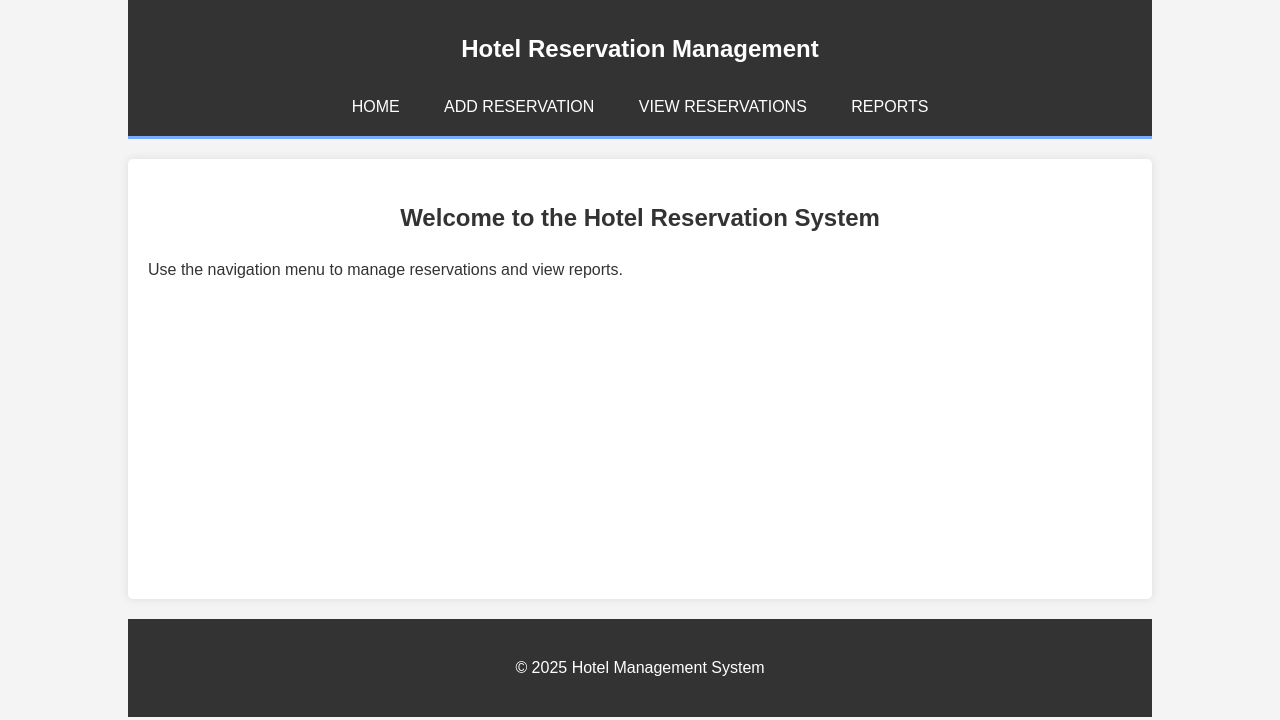
Repository: Swanjith/Hotel_Managment_System-JAVA
Page: http://localhost/HotelWebApp/
An editor plug-in stored every save of this project. The page is shown before and after the next save, followed by the edit.
The browser window is 1280 px wide. The pictures show the whole page.
The page is served by Tomcat 9. Other server files are loaded and not shown.

Above is the page before, as saved 2025-05-27 06:20:26.

### HotelWebApp/WebContent/index.jsp
<%@ page language="java" contentType="text/html; charset=UTF-8" pageEncoding="UTF-8"%>
<%@ taglib uri="http://java.sun.com/jsp/jstl/core" prefix="c" %>
<!DOCTYPE html>
<html>
<head>
    <meta charset="UTF-8">
    <title>Hotel Reservation System</title>
    <link rel="stylesheet" type="text/css" href="css/style.css">
</head>
<body>
    <div class="container">
        <header>
            <h1>Hotel Reservation Management</h1>
            <nav>
                <ul>
                    <li><a href="index.jsp">Home</a></li>
                    <li><a href="addReservation">Add Reservation</a></li>
                    <li><a href="displayReservations">View Reservations</a></li>
                    <li><a href="reports">Reports</a></li>
                </ul>
            </nav>
        </header>

        <main>
            <h2>Welcome to the Hotel Reservation System</h2>
            <p>Use the navigation menu to manage reservations and view reports.</p>

            <c:if test="${not empty successMessage}">
                <p class="message success-message"><c:out value="${successMessage}"/></p>
            </c:if>
            <c:if test="${not empty errorMessage}">
                <p class="message error-message"><c:out value="${errorMessage}"/></p>
            </c:if>

        </main>

        <footer>
            <p>&copy; 2025 Hotel Management System</p>
        </footer>
    </div>
</body>
</html>

### HotelWebApp/WebContent/css/style.css
/* General Body Styles */
body {
    font-family: 'Arial', sans-serif;
    line-height: 1.6;
    margin: 0;
    padding: 0;
    background-color: #f4f4f4;
    color: #333;
}

.container {
    width: 80%;
    margin: auto;
    overflow: hidden;
    padding: 0 20px;
}

/* Header Styles */
header {
    background: #333;
    color: #fff;
    padding-top: 30px;
    min-height: 70px;
    border-bottom: #77aaff 3px solid;
}

header h1 {
    text-align: center;
    margin: 0;
    font-size: 24px;
    padding-bottom: 10px;
}

header nav {
    text-align: center;
}

header nav ul {
    padding: 0;
    list-style: none;
}

header nav ul li {
    display: inline;
    padding: 0 20px;
}

header nav a {
    color: #fff;
    text-decoration: none;
    text-transform: uppercase;
    font-size: 16px;
}

header nav a:hover {
    color: #77aaff;
    font-weight: bold;
}

/* Main Content Styles */
main {
    padding: 20px 0;
    background: #fff;
    min-height: 400px; /* Ensures footer doesn't overlap on short pages */
    border-radius: 5px;
    margin-top: 20px;
    box-shadow: 0 0 10px rgba(0,0,0,0.1);
    padding: 20px;
}

main h2 {
    color: #333;
    text-align: center;
    margin-bottom: 20px;
}

/* Footer Styles */
footer {
    text-align: center;
    padding: 20px;
    margin-top: 20px;
    color: #fff;
    background-color: #333;
}

/* Form Styles */
.styled-form div {
    margin-bottom: 15px;
}

.styled-form label {
    display: block;
    margin-bottom: 5px;
    font-weight: bold;
}

.styled-form input[type="text"],
.styled-form input[type="date"],
.styled-form input[type="number"],
.styled-form input[type="password"],
.styled-form input[type="email"],
.styled-form select,
.styled-form textarea {
    width: calc(100% - 22px); /* Account for padding and border */
    padding: 10px;
    border: 1px solid #ddd;
    border-radius: 4px;
    box-sizing: border-box; /* Important for width calculation */
}

.styled-form button[type="submit"],
.styled-form button[type="reset"],
.button-link {
    background: #5cb85c;
    color: white;
    border: 0;
    padding: 10px 15px;
    text-decoration: none;
    border-radius: 4px;
    cursor: pointer;
    font-size: 16px;
    margin-right: 10px;
}

.styled-form button[type="reset"] {
    background: #f0ad4e;
}

.button-link {
     display: inline-block; /* To allow padding and margin */
}

.button-link.edit-link {
    background: #5bc0de;
}

.button-link.delete-link, .button-danger {
    background: #d9534f;
    color: white; /* Ensure text is visible */
}

.styled-form button:hover,
.button-link:hover {
    opacity: 0.9;
}

/* Table Styles */
.styled-table {
    width: 100%;
    border-collapse: collapse;
    margin: 25px 0;
    font-size: 0.9em;
    min-width: 400px;
    border-radius: 5px 5px 0 0;
    overflow: hidden;
    box-shadow: 0 0 20px rgba(0, 0, 0, 0.15);
}

.styled-table thead tr {
    background-color: #333;
    color: #ffffff;
    text-align: left;
    font-weight: bold;
}

.styled-table th,
.styled-table td {
    padding: 12px 15px;
}

.styled-table tbody tr {
    border-bottom: 1px solid #dddddd;
}

.styled-table tbody tr:nth-of-type(even) {
    background-color: #f3f3f3;
}

.styled-table tbody tr:last-of-type {
    border-bottom: 2px solid #77aaff;
}

.styled-table tbody tr.active-row {
    font-weight: bold;
    color: #77aaff;
}

.action-link {
    margin-right: 8px;
    padding: 5px 10px;
    text-decoration: none;
    color: white;
    border-radius: 3px;
    font-size: 0.9em;
}

/* Message Styles */
.message {
    padding: 10px;
    margin-bottom: 15px;
    border-radius: 4px;
    text-align: center;
}

.success-message {
    background-color: #d4edda;
    color: #155724;
    border: 1px solid #c3e6cb;
}

.error-message {
    background-color: #f8d7da;
    color: #721c24;
    border: 1px solid #f5c6cb;
}

/* Report Specific Styles */
.report-form {
    margin-bottom: 20px;
    padding: 15px;
    border: 1px solid #eee;
    border-radius: 5px;
    background-color: #f9f9f9;
}

.report-form h3 {
    margin-top: 0;
    color: #333;
}

.form-divider {
    margin: 30px 0;
    border: 0;
    border-top: 1px solid #eee;
}

.report-summary {
    font-size: 1.1em;
    padding: 10px;
    background-color: #e9ecef;
    border-left: 5px solid #77aaff;
}

.confirmation-table {
    margin-bottom: 20px;
}
.confirmation-table th {
    text-align: right;
    padding-right: 10px;
    background-color: #f9f9f9;
}
.confirmation-table td {
    text-align: left;
}

/* Error Page Specifics */
.error-details {
    background-color: #fff3cd;
    border: 1px solid #ffeeba;
    padding: 15px;
    margin-top: 20px;
    border-radius: 4px;
}

.error-details h4 {
    margin-top: 0;
    color: #856404;
}

.error-details pre {
    white-space: pre-wrap; /* css-3 */
    white-space: -moz-pre-wrap; /* Mozilla, since 1999 */
    white-space: -pre-wrap; /* Opera 4-6 */
    white-space: -o-pre-wrap; /* Opera 7 */
    word-wrap: break-word; /* Internet Explorer 5.5+ */
    background: #f8f9fa;
    padding: 10px;
    border: 1px solid #dee2e6;
    max-height: 300px;
    overflow-y: auto;
}

After the next save:
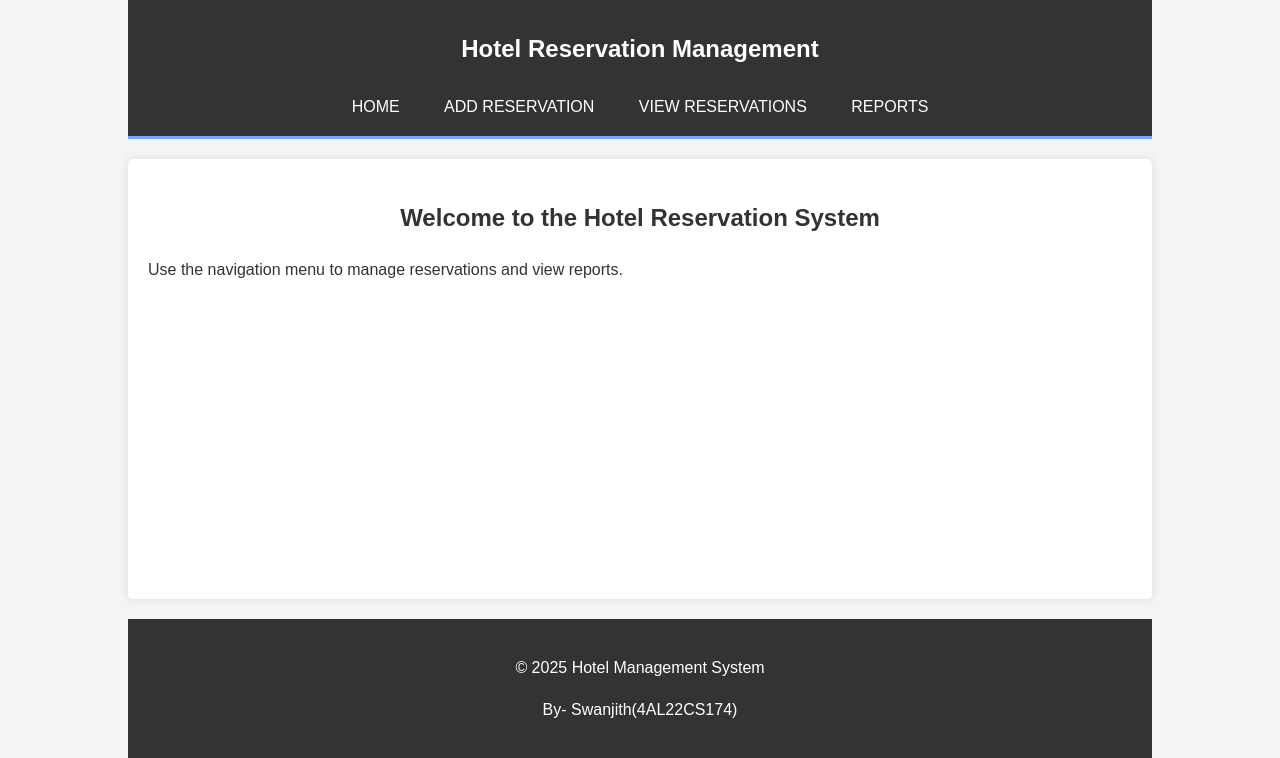
Saved 2 min 37 s later.
--- a/HotelWebApp/WebContent/index.jsp
+++ b/HotelWebApp/WebContent/index.jsp
@@ -36,6 +36,7 @@
 
         <footer>
             <p>&copy; 2025 Hotel Management System</p>
+            <p>By- Swanjith(4AL22CS174)</p>
         </footer>
     </div>
 </body>

After the 2 saves that followed:
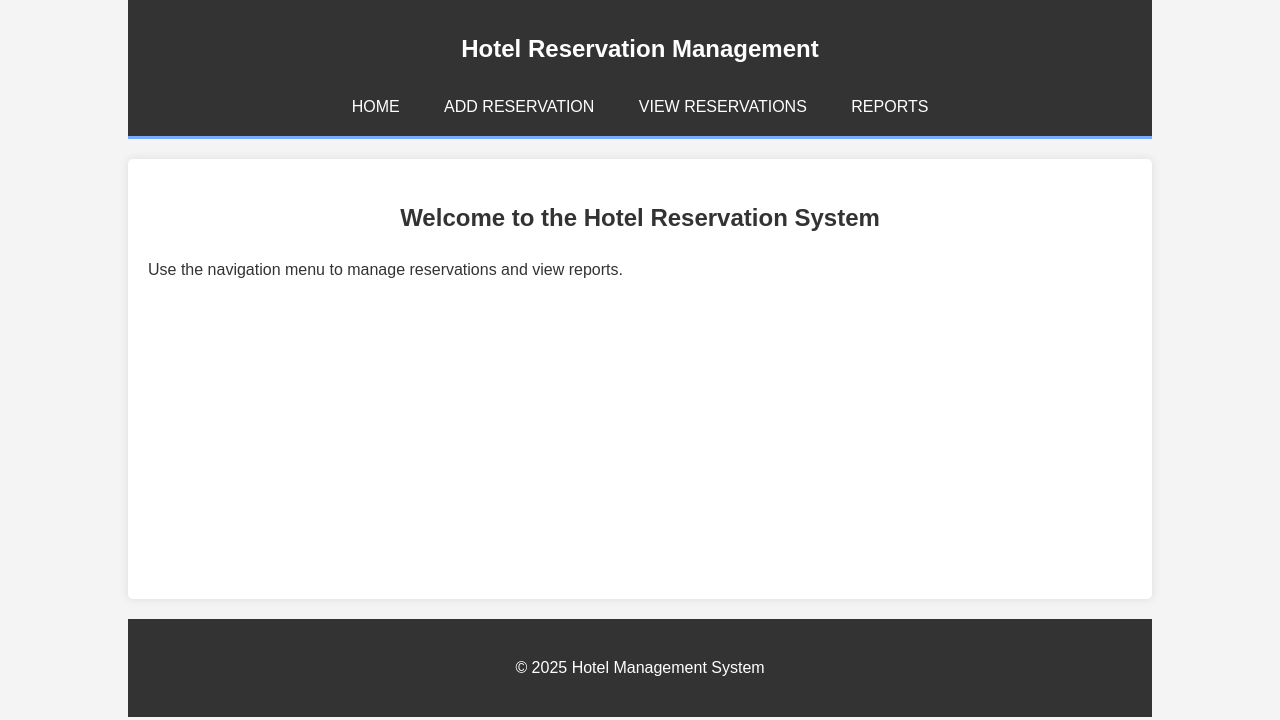
The 2 saves are shown as one change because 1 left the picture as it was.
The last was saved 9 min 2 s later.
--- a/HotelWebApp/WebContent/index.jsp
+++ b/HotelWebApp/WebContent/index.jsp
@@ -36,7 +36,6 @@
 
         <footer>
             <p>&copy; 2025 Hotel Management System</p>
-            <p>By- Swanjith(4AL22CS174)</p>
         </footer>
     </div>
 </body>
--- a/HotelWebApp/WebContent/css/style.css
+++ b/HotelWebApp/WebContent/css/style.css
@@ -267,6 +267,10 @@ footer {
     color: #856404;
 }
 
+.action-link edit-link{
+	color:#000000;
+}
+
 .error-details pre {
     white-space: pre-wrap; /* css-3 */
     white-space: -moz-pre-wrap; /* Mozilla, since 1999 */
